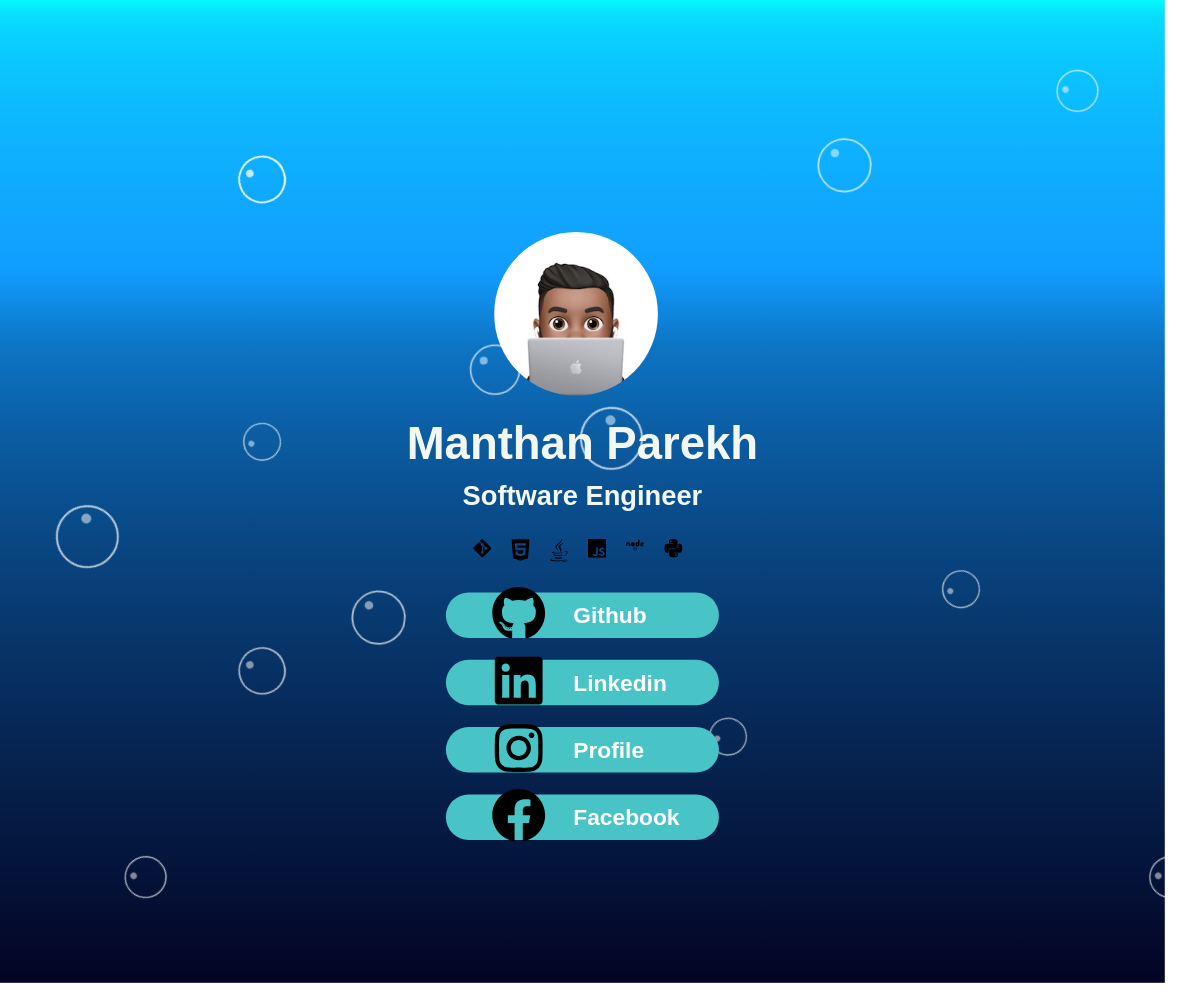
Repository: manthanparekh/linktree-clone
Page: index.html
An editor plug-in stored every save of this project. The page is shown before and after the next save, followed by the edit.
The browser window is 1280 px wide. The page is 1319 px wide, so the pictures cover 1319 px, including what lies to the right of the window. The pictures show the whole page, at 91% of full size.
Some web fonts or font styles are not loaded; a fallback is used.

Above is the page before, as saved 2023-05-23 16:04:38.

After the next save:
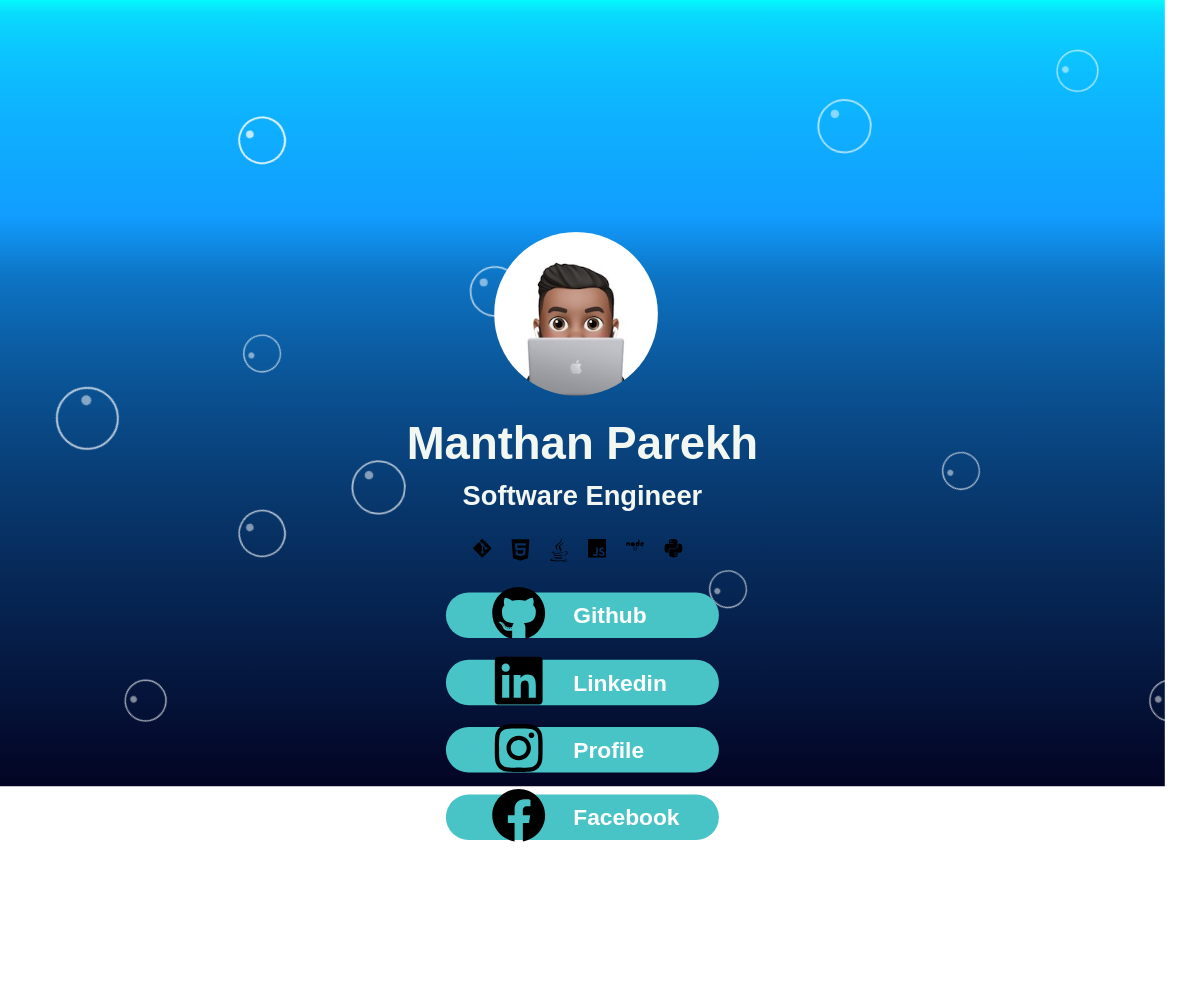
Saved 4 min 13 s later.
--- a/style/view.css
+++ b/style/view.css
@@ -4,7 +4,7 @@
 }
 
 .wrapper {
-    height: 150%;
+    height: 120%;
     width: 100%;
     background: linear-gradient(180deg, #04fafd, 5%, #119dff, 50%, #030423);
     position: absolute;
